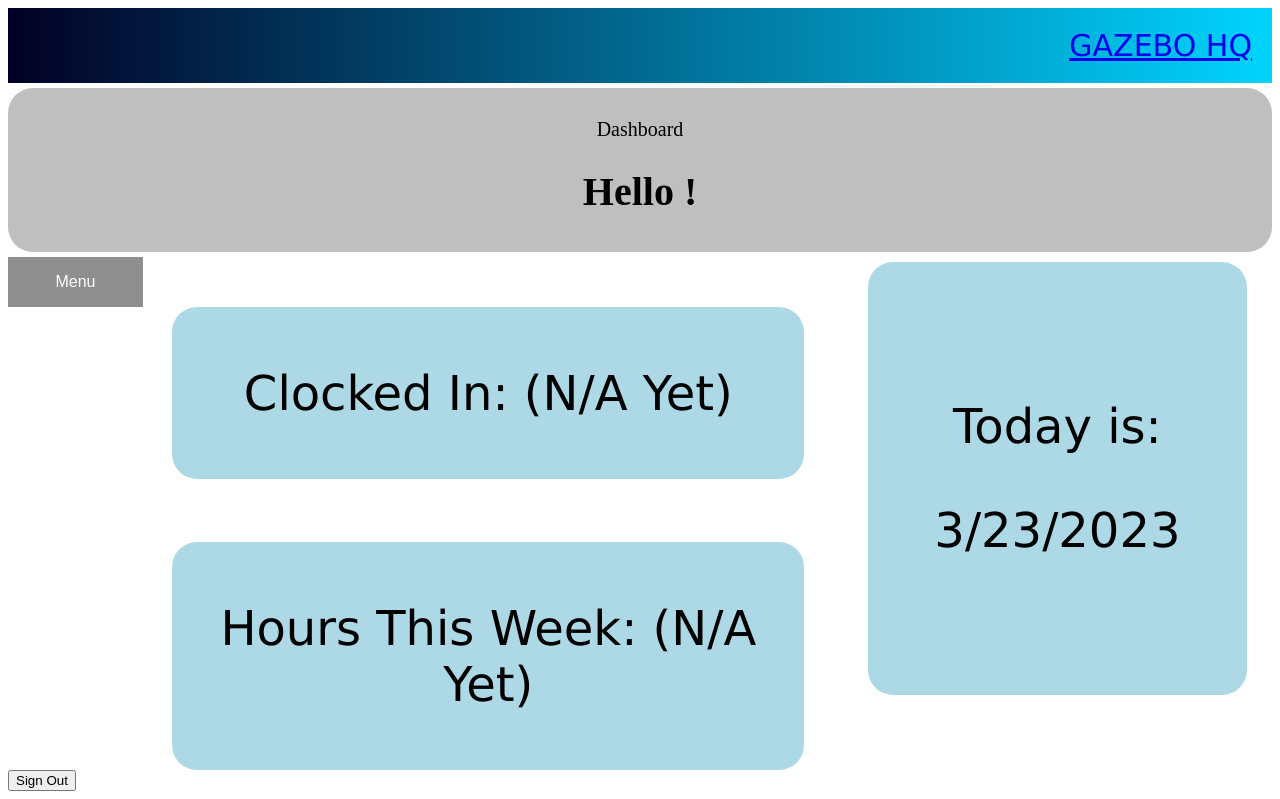
Repository: msmallwood20/Spring2023-EmployeeDatabase-Capstone
Page: http://localhost/dashboard
An editor plug-in stored every save of this project. The page is shown before and after the next save, followed by the edit.
The browser window is 1280 px wide. The pictures show the whole page.
The page is this project's Thymeleaf template; nobody is signed in. The template is opened directly, without the code that normally fills it, so the values that code supplies are empty.

Above is the page before, as saved 2023-03-26 18:08:30.

### 3.26.23/EmployeeDatabaseManagement-UpdatedVerison/EmployeeManagementDatabase/src/main/resources/templates/dashboard.html
<!Doctype html>
<html xmlns="http://www.w3.org/1999/xhtml" xmlns:th="https://www.thymeleaf.org"
      xmlns:sec="https://www.thymeleaf.org/thymeleaf-extras-springsecurity6">

    <head>
        <title>Dashboard</title>
        <meta charset="utf-8">
        <meta name="viewport" content="wdith=device-width, initial-scale=1, shrink-to-fit=no">

        <link href="css/dashboard.css" type="text/css" rel="stylesheet">
    </head>
        <header>
		<a th:href="@{/}">GAZEBO HQ</a>
        </header>
    <body>
        <div id="PageHeader">
            <p>Dashboard</p>
        <h1 th:inline="text">Hello <span th:remove="tag" sec:authentication="user.username">User</span>!
        </div>
        <div class="dropdown">
            <button class="dropbtn">Menu</button>
            <div class="dropdown-content">
                <a href="#">Dashboard</a>
                <a th:href="@{/timesheet}">Time Sheet</a>
                <a th:href="@{/manageusers}">Manage Users</a>
                <a th:href="@{/inbox}">Inbox</a>
                <a th:href="@{/fileserver}">File Server</a>
                <a th:href="@{/systemlog}">System Log</a>
				<a sec:authorize="hasAuthority('ADMIN')" th:href="@{/payrollAdmin}">Payroll</a>
                <a sec:authorize="hasAuthority('USER')" th:href="@{/payrollUser}">Payroll</a>
                <a th:href="@{/accountsettings}">Account Settings</a>
            </div>
        </div>
       <div id="TodaysDate", style="float:right;">
        <p>Today is:</p>
        <p id="date"></p>
      <script>
            n =  new Date();
            y = n.getFullYear();
            m = n.getMonth() + 1;
            d = n.getDate();
            document.getElementById("date").innerHTML = m + "/" + d + "/" + y;
        </script>
        </div>
       <div id="ClockedIn">
       <p> Clocked In: (N/A Yet)</p>
       </div>
        <div id="HoursThisWeek">
        <p> Hours This Week: (N/A Yet)</p>
       </div>

       <div id="Login Out">
       <form th:action="@{/logout}" method="post">
         <input type="submit" value="Sign Out"/>
         </form>
       </div>

    </body>
</html>

### 3.26.23/EmployeeDatabaseManagement-UpdatedVerison/EmployeeManagementDatabase/src/main/resources/static/css/dashboard.css
header {
    background-color: #090979;
    background-image: linear-gradient(to right, #020024, #00d4ff);
    text-align: right;
    padding: 20px;
    font-size: 30px;
    font-weight: 200;
    font-family: Verdana, Geneva, Tahoma, sans-serif;
  }
  /* Dropdown Button */
.dropbtn {
    background-color: #8f8f8f;
    color: white;
    padding: 16px;
    font-size: 16px;
    width: 135px;
    border: none;
    margin-top: 5px;
  }

  .dropdown {
    position: relative;
    display: inline-block;
  }

  .dropdown-content {
    display: none;
    position: absolute;
    background-color: #f1f1f1;
    min-width: 160px;
    box-shadow: 0px 8px 16px 0px rgba(0,0,0,0.2);
    z-index: 1;
  }

  .dropdown-content a {
    color: black;
    padding: 12px 16px;
    text-decoration: none;
    display: block;
  }

  .dropdown-content a:hover {background-color: #ddd;}

  .dropdown:hover .dropdown-content {display: block;}

  .dropdown:hover .dropbtn {background-color: #8f8f8f;}
/* Page header Formats The top Bar */
  #PageHeader {
    background-color: #bfbfbf;
    color: black;
    text-align: center;
    padding: 10px;
    margin-left: 0px;
    margin-right: 0px;
    font-size: 20px;
    border-radius: 25px;
    margin-top: 5px;
  }

  #TodaysDate {
    background-color: lightblue;
    font-size: 300%;
    font-family: Verdana, Geneva, Tahoma, sans-serif;
    text-align: center;
    width: 30%;
    padding-top: 7%;
    padding-bottom:7%;
    margin-top: 10px;
    margin-right: 25px;
    border-radius: 25px;

  }

  #ClockedIn {
    background-color: lightblue;
    font-size: 300%;
    font-family: Verdana, Geneva, Tahoma, sans-serif;
    text-align: center;
    border-radius: 25px;
    width: 50%;
    padding-top: 10px;
    padding-bottom: 10px;
    margin-left: 13%;
  }

  #HoursThisWeek {
    background-color: lightblue;
    font-size: 300%;
    font-family: Verdana, Geneva, Tahoma, sans-serif;
    text-align: center;
    border-radius: 25px;
    width: 50%;
    padding-top: 10px;
    padding-bottom: 10px;
    margin-left: 13%;
    margin-top: 5%;
  }

  .avatar {
    height: 50px;
    width: 50px;
    border-radius: 50%;
  }

  .dropdown-options {
    display: none;
    position: absolute;
    background-color: #f1f1f1;
    min-width: 100px;
    box-shadow: 0px 8px 16px 0px rgba(0,0,0,0.2);
    z-index: 1;
    right: 0;
  }

  .accountDropdown {
    position: relative;
    display: inline-block;
  }

  .dropdown-options a {
    color: black;
    padding: 12px 16px;
    text-decoration: none;
    display: block;
  }

  .accountDropdown {
    background-color: #8f8f8f;
    color: white;
    font-size: 16px;
    border: none;
  }

  .accountDropdown:hover .dropdown-options {display: block;}
  .dropdown-options a:hover {background-color: #ddd;}

After the next save:
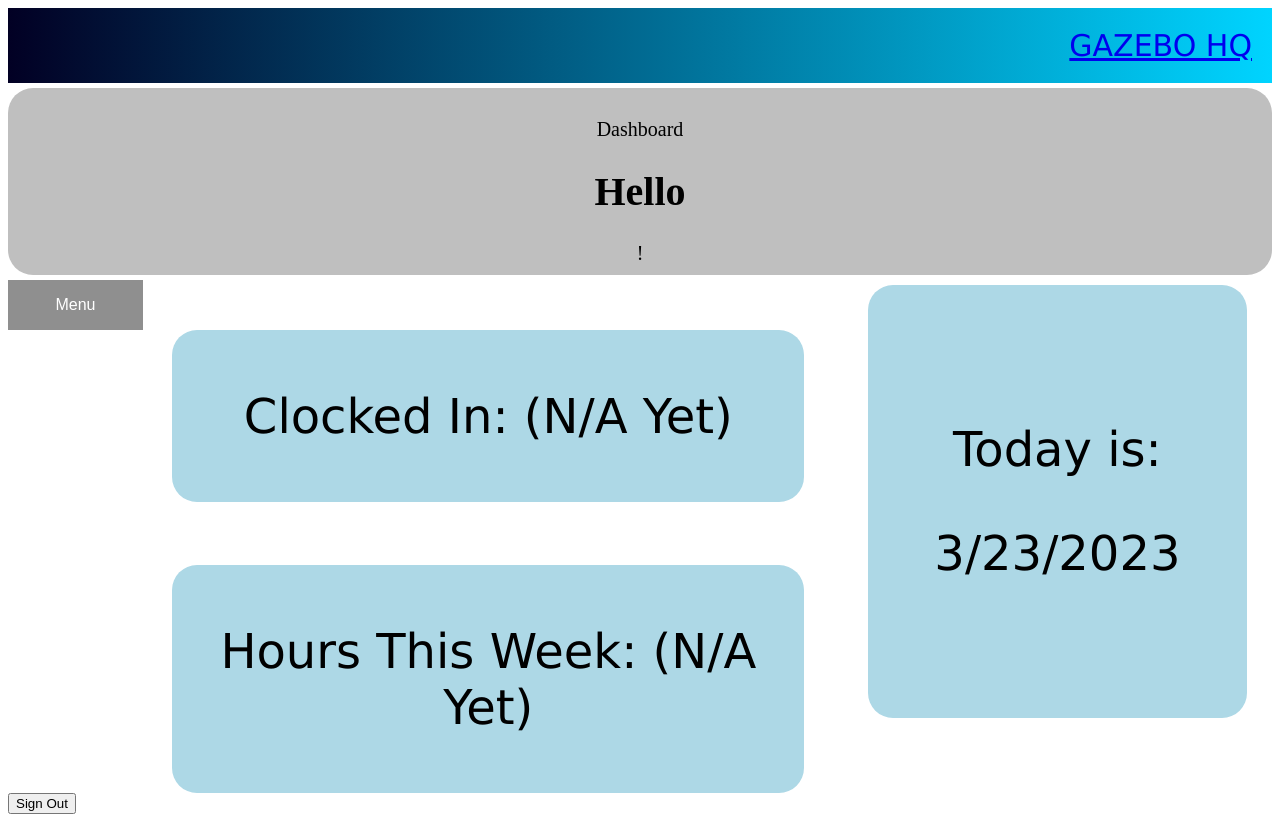
Saved 10 s later.
--- a/3.26.23/EmployeeDatabaseManagement-UpdatedVerison/EmployeeManagementDatabase/src/main/resources/templates/dashboard.html
+++ b/3.26.23/EmployeeDatabaseManagement-UpdatedVerison/EmployeeManagementDatabase/src/main/resources/templates/dashboard.html
@@ -15,7 +15,7 @@
     <body>
         <div id="PageHeader">
             <p>Dashboard</p>
-        <h1 th:inline="text">Hello <span th:remove="tag" sec:authentication="user.username">User</span>!
+        <h1 th:inline="text">Hello</h1><span th:remove="tag" sec:authentication="user.username">User</span>!
         </div>
         <div class="dropdown">
             <button class="dropbtn">Menu</button>
